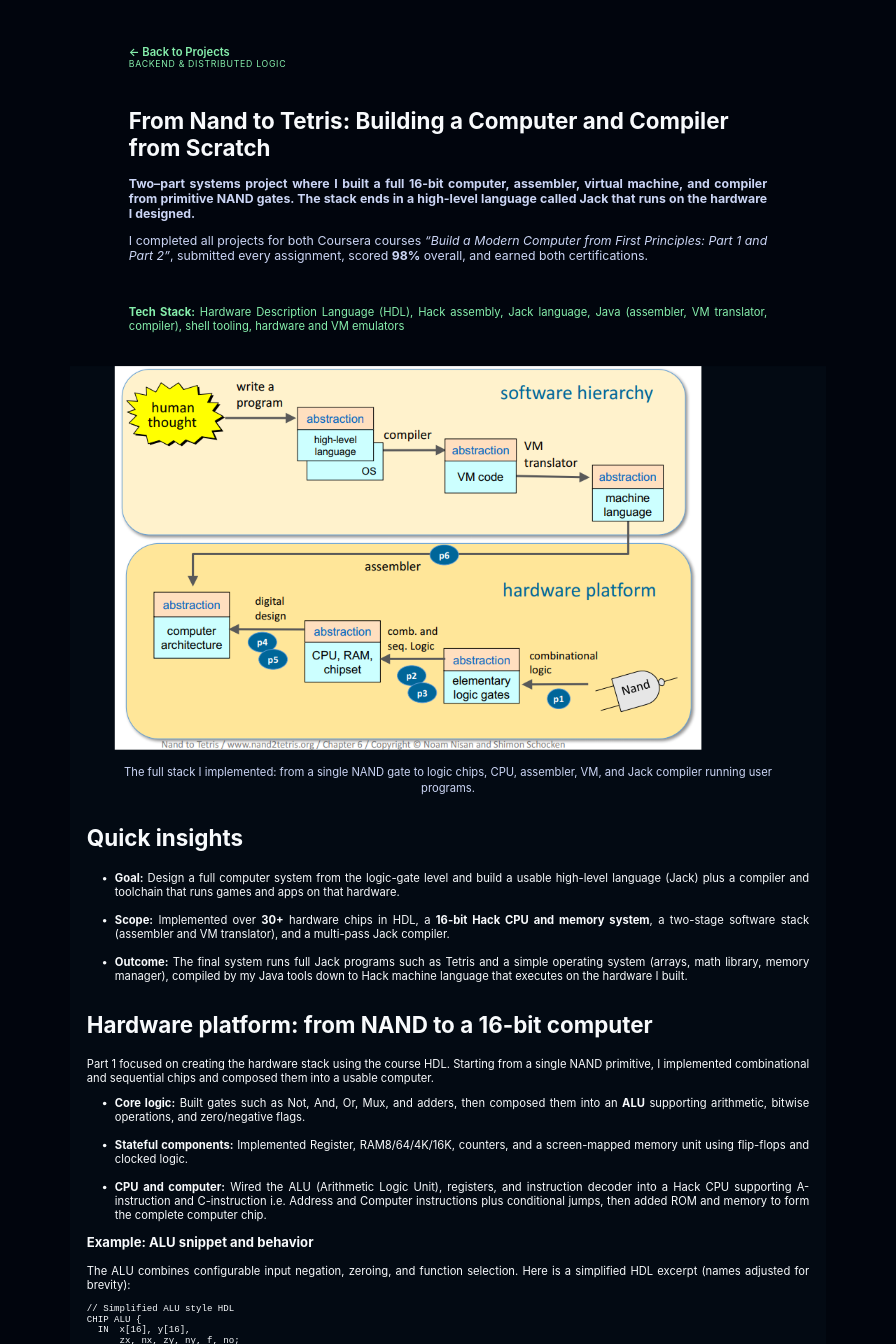
Repository: Abdulaziz-04/Abdulaziz-04.github.io
Page: deepdives/backend_systems/nand2tetris/nand2tetris.html
The author's editor kept a copy of each file at every save. The page is drawn from the files as they stood at one save, then again after the next save.
The browser window is 1280 px wide. The pictures show the part of the page from y = 0 to 1920 px (the page is 5931 px tall before and 6612 px after), at 70% of full size.

Above is the page before, as saved 2025-11-20 18:10:42.

### deepdives/backend_systems/nand2tetris/nand2tetris.html
<!DOCTYPE html>
<html lang="en">
  <head>
    <meta charset="UTF-8" />
    <meta name="viewport" content="width=device-width, initial-scale=1" />
    <title>
      From Nand to Tetris: Building a Computer and Compiler from Scratch
    </title>
    <link rel="stylesheet" href="../../../assets/css/styles.css" />
  </head>

  <body class="project-detail-page">
    <header class="detail-hero">
      <a
        class="category-back"
        href="../../../projects/compiler-blockchain.html"
      >
        &larr; Back to Projects
      </a>

      <p class="category-pill">Backend &amp; Distributed Logic</p>
      <br />
      <h1>
        From Nand to Tetris: Building a Computer and Compiler from Scratch
      </h1>

      <p class="detail-summary">
        <b>
          Two–part systems project where I built a full 16-bit computer,
          assembler, virtual machine, and compiler from primitive NAND gates.
          The stack ends in a high-level language called Jack that runs on the
          hardware I designed.
        </b>
      </p>

      <p class="detail-summary">
        I completed all projects for both Coursera courses
        <i>“Build a Modern Computer from First Principles: Part 1 and Part 2”</i
        >, submitted every assignment, scored <b>98%</b> overall, and earned
        both certifications.
      </p>

      <ul class="detail-meta">
        <br />
        <li>
          <strong>Tech Stack:</strong>
          Hardware Description Language (HDL), Hack assembly, Jack language,
          Java (assembler, VM translator, compiler), shell tooling, hardware and
          VM emulators
        </li>
      </ul>
    </header>

    <main class="section detail-content">
      <!-- HERO IMAGE -->
      <section class="detail-section detail-hero-gif">
        <figure class="gallery-item gallery-item--wide">
          <img
            src="./images/nand2tetris_intro.png"
            alt="Hardware and software hierarchy from NAND gate up to high level language"
          />
          <figcaption style="text-align: center">
            The full stack I implemented: from a single NAND gate to logic
            chips, CPU, assembler, VM, and Jack compiler running user programs.
          </figcaption>
        </figure>
      </section>

      <!-- QUICK INSIGHTS -->
      <section class="detail-section">
        <h2>Quick insights</h2>
        <ul class="psr-list">
          <li>
            <strong>Goal:</strong>
            Design a full computer system from the logic-gate level and build a
            usable high-level language (Jack) plus a compiler and toolchain that
            runs games and apps on that hardware.
          </li>
          <br />
          <li>
            <strong>Scope:</strong>
            Implemented over <b>30+</b> hardware chips in HDL, a
            <b>16-bit Hack CPU and memory system</b>, a two-stage software stack
            (assembler and VM translator), and a multi-pass Jack compiler.
          </li>
          <br />
          <li>
            <strong>Outcome:</strong>
            The final system runs full Jack programs such as Tetris and a simple
            operating system (arrays, math library, memory manager), compiled by
            my Java tools down to Hack machine language that executes on the
            hardware I built.
          </li>
        </ul>
      </section>

      <!-- HARDWARE PLATFORM -->
      <section class="detail-section">
        <h2>Hardware platform: from NAND to a 16-bit computer</h2>
        <p>
          Part 1 focused on creating the hardware stack using the course HDL.
          Starting from a single NAND primitive, I implemented combinational and
          sequential chips and composed them into a usable computer.
        </p>

        <ul>
          <li>
            <b>Core logic:</b> Built gates such as Not, And, Or, Mux, and
            adders, then composed them into an <b>ALU</b> supporting arithmetic,
            bitwise operations, and zero/negative flags.
          </li>
          <br />
          <li>
            <b>Stateful components:</b> Implemented Register, RAM8/64/4K/16K,
            counters, and a screen-mapped memory unit using flip-flops and
            clocked logic.
          </li>
          <br />
          <li>
            <b>CPU and computer:</b> Wired the ALU (Arithmetic Logic Unit),
            registers, and instruction decoder into a Hack CPU supporting
            A-instruction and C-instruction i.e. Address and Computer
            instructions plus conditional jumps, then added ROM and memory to
            form the complete computer chip.
          </li>
        </ul>

        <h3>Example: ALU snippet and behavior</h3>
        <p>
          The ALU combines configurable input negation, zeroing, and function
          selection. Here is a simplified HDL excerpt (names adjusted for
          brevity):
        </p>

        <pre><code>// Simplified ALU style HDL
CHIP ALU {
  IN  x[16], y[16],
      zx, nx, zy, ny, f, no;
  OUT out[16], zr, ng;

  PARTS:
  Mux16(a=x, b=false, sel=zx, out=xz);
  Not16(in=xz, out=xn);
  Mux16(a=xz, b=xn, sel=nx, out=x1);

  Mux16(a=y, b=false, sel=zy, out=yz);
  Not16(in=yz, out=yn);
  Mux16(a=yz, b=yn, sel=ny, out=y1);

  Add16(a=x1, b=y1, out=sum);
  And16(a=x1, b=y1, out=andv);
  Mux16(a=andv, b=sum, sel=f, out=out0);

  Not16(in=out0, out=out1);
  Mux16(a=out0, b=out1, sel=no, out=out);

  Or16Way(in=out, out=any);
  Not(in=any, out=zr);
  And(in=out[15], in2=true, out=ng);
}</code></pre>

        <p>
          With these control bits, higher-level instructions like D=D+M or M=!M
          are implemented simply by choosing the correct input parameter
          combination.
        </p>
      </section>

      <!-- ASSEMBLER -->
      <section class="detail-section">
        <h2>Assembler: Hack assembly to machine code</h2>
        <p>
          Once the computer chip worked in simulation, I wrote a two-pass
          assembler in Java for the Hack assembly language. It resolves labels
          and variables, then emits 16-bit binary instructions.
        </p>

        <ul>
          <li>
            <b>Two-pass design:</b> First pass scans labels (for example,
            <code>(LOOP)</code>) and records their ROM addresses. Second pass
            encodes A and C instructions into their binary form.
          </li>
          <br />
          <li>
            <b>Symbol table:</b> Pre-populated with predefined registers
            (R0–R15), pointers (SP, LCL, ARG), screen and keyboard addresses,
            then extended with user variables starting at address 16.
          </li>
        </ul>

        <h3>Assembler encoding example</h3>

        <div class="code-pair">
          <div>
            <p><b>Input assembly:</b></p>
            <pre><code>// Simple loop
@i
M=1
(LOOP)
  @i
  M=M+1
  @10
  D;JLT
  @LOOP
  0;JMP</code></pre>
          </div>

          <div>
            <p><b>Generated machine code:</b></p>
            <pre><code>0000000000010000   // @i (allocated at 16)
1110111111001000   // M=1
0000000000010000   // @i
1111110111011000   // M=M+1
0000000000001010   // @10
1110001100000100   // D;JLT
0000000000000010   // @LOOP (ROM address 2)
1110101010000111   // 0;JMP</code></pre>
          </div>
        </div>

        <p>
          Running this binary on the hardware simulator shows the register and
          RAM state changing as expected, proving the assembler and CPU agree on
          the instruction set.
        </p>
      </section>

      <!-- VM TRANSLATOR -->
      <section class="detail-section">
        <h2>VM translator: stack machine to Hack assembly</h2>
        <p>
          Part 2 starts the software hierarchy. I implemented a VM translator in
          Java that converts a high-level stack-based VM language into Hack
          assembly. This layer decouples Jack from the hardware and introduces
          function calls and static segments.
        </p>

        <ul>
          <li>
            <b>Arithmetic and logic:</b> Commands such as <code>add</code>,
            <code>sub</code>, <code>eq</code>, <code>lt</code>, and
            <code>gt</code> pop values from the stack, compute, and push results
            using small assembly templates.
          </li>
          <br />
          <li>
            <b>Memory segments:</b> Implemented pointer logic for
            <code>local</code>, <code>argument</code>, <code>this</code>,
            <code>that</code>, <code>temp</code>, <code>pointer</code>, and
            <code>static</code> segments.
          </li>
          <br />
          <li>
            <b>Functions and calls:</b> Implemented call frames following the
            Hack VM spec: save caller state, set ARG and LCL, jump to callee,
            and restore on return.
          </li>
        </ul>

        <h3>VM to assembly example</h3>

        <div class="code-pair">
          <div>
            <p><b>Input VM snippet:</b></p>
            <pre><code>function Simple.addTwo 0
push argument 0
push constant 2
add
return</code></pre>
          </div>
          <div>
            <p><b>Generated Hack assembly (excerpt):</b></p>
            <pre><code>// function Simple.addTwo 0
(Simple.addTwo)
  // push argument 0
  @ARG
  D=M
  @0
  A=D+A
  D=M
  @SP
  A=M
  M=D
  @SP
  M=M+1
  // push constant 2
  @2
  D=A
  @SP
  A=M
  M=D
  @SP
  M=M+1
  // add
  @SP
  M=M-1
  A=M
  D=M
  @SP
  M=M-1
  A=M
  M=M+D
  @SP
  M=M+1
  // return ...
</code></pre>
          </div>
        </div>

        <p>
          These templates are reused across all Jack programs, making the VM
          translator a key abstraction boundary between language and hardware.
        </p>
      </section>

      <!-- JACK COMPILER -->
      <section class="detail-section">
        <h2>Jack compiler: high-level language on custom hardware</h2>
        <p>
          The final stage was a full compiler pipeline for the Jack language,
          written in Java. Jack is a Java-like language with classes, methods,
          fields, arrays, and basic control flow. The compiler targets the stack
          VM, which my translator then lowers to Hack assembly.
        </p>

        <ul>
          <li>
            <b>Front-end:</b> A tokenizer converts characters into tokens
            (keywords, identifiers, symbols, integers, strings). A recursive
            descent parser (CompilationEngine) walks the grammar and emits VM
            commands while constructing and consulting symbol tables.
          </li>
          <br />
          <li>
            <b>Symbol tables:</b> Separate tables for class-level and subroutine
            scope track identifiers, their kind (field, static, local,
            argument), and index. This allows fields of each instance to map
            cleanly to memory segments.
          </li>
          <br />
          <li>
            <b>Code generation:</b> Control structures such as if/while use
            generated labels, while expressions and terms emit stack operations
            that match the VM semantics.
          </li>
        </ul>

        <h3>Example: compiling a Jack method</h3>

        <div class="code-pair">
          <div>
            <p><b>Input Jack code:</b></p>
            <pre><code>class Counter {
  field int value;

  method void inc(int delta) {
    let value = value + delta;
    return;
  }
}</code></pre>
          </div>
          <div>
            <p><b>Generated VM code:</b></p>
            <pre><code>// method Counter.inc 1
function Counter.inc 1
  // push this.value
  push argument 0     // this
  pop pointer 0       // this -> THIS
  push this 0
  // push delta
  push argument 1
  add
  pop this 0
  push constant 0
  return</code></pre>
          </div>
        </div>

        <p>
          Running this through the VM translator and assembler produces Hack
          machine code that manipulates the <code>value</code> field stored in
          the heap area controlled by the OS memory manager.
        </p>

        <h3>Example: parsing expressions in Java</h3>
        <p>
          The recursive descent compiler uses small focused methods that mirror
          the grammar. For example, expression compilation handles operator
          precedence and emits VM operations as it walks the parse tree.
        </p>

        <pre><code>// Simplified Java-style excerpt
private void compileExpression() {
  compileTerm();
  while (tokenIsOneOf("+", "-", "*", "/", "&amp;", "|", "&lt;", "&gt;", "=")) {
    String op = currentToken();
    advance();
    compileTerm();
    writeArithmetic(op);  // maps '+' to 'add', '&lt;' to 'lt', etc.
  }
}</code></pre>

        <p>
          This design keeps the compiler readable and makes it easy to trace
          from Jack source through VM and assembly when debugging.
        </p>
      </section>

      <!-- END-TO-END PIPELINE -->
      <section class="detail-section">
        <h2>End-to-end pipeline and final programs</h2>
        <p>
          With the full pipeline in place, I compiled and ran several Jack
          applications, including the supplied Tetris, a simple OS API, and my
          own small programs that manipulate memory, draw graphics, and handle
          keyboard input.
        </p>

        <ul>
          <li>
            <b>End-to-end flow:</b> Jack source → Java compiler → VM code → Java
            VM translator → Hack assembly → Java assembler → 16-bit machine code
            → executed on the computer built from NAND gates.
          </li>
          <br />
          <li>
            <b>Debugging:</b> Used the hardware and VM simulators to step
            through instructions, inspect RAM and stack, and validate that
            higher-level bugs were not caused by lower-level hardware mistakes.
          </li>
        </ul>
      </section>

      <!-- IMPACT & LEARNINGS -->
      <section class="detail-section detail-impact">
        <h2>Impact and learnings</h2>
        <ul>
          <li>
            <b>Systems thinking:</b> Gained a concrete understanding of how
            compilers, virtual machines, and hardware interact, instead of
            treating them as black boxes.
          </li>
          <br />
          <li>
            <b>Compiler and language design:</b> Implemented a real compiler
            front-end and back-end, including lexical analysis, parsing, symbol
            tables, and code generation for a custom language.
          </li>
          <br />
          <li>
            <b>Hardware intuition:</b> Designing the ALU, CPU, and memory from
            primitive gates sharpened my intuition for performance, instruction
            set design, and the cost of different operations.
          </li>
          <br />
          <li>
            <b>Reliability through abstraction:</b> Each layer (HDL chips,
            assembler, VM, compiler) had a clear contract and test suite, which
            made debugging manageable despite how much was built from scratch.
          </li>
        </ul>
      </section>
    </main>
  </body>
</html>

Loaded but not shown: assets/css/styles.css (941 lines, source omitted)

After the next save:
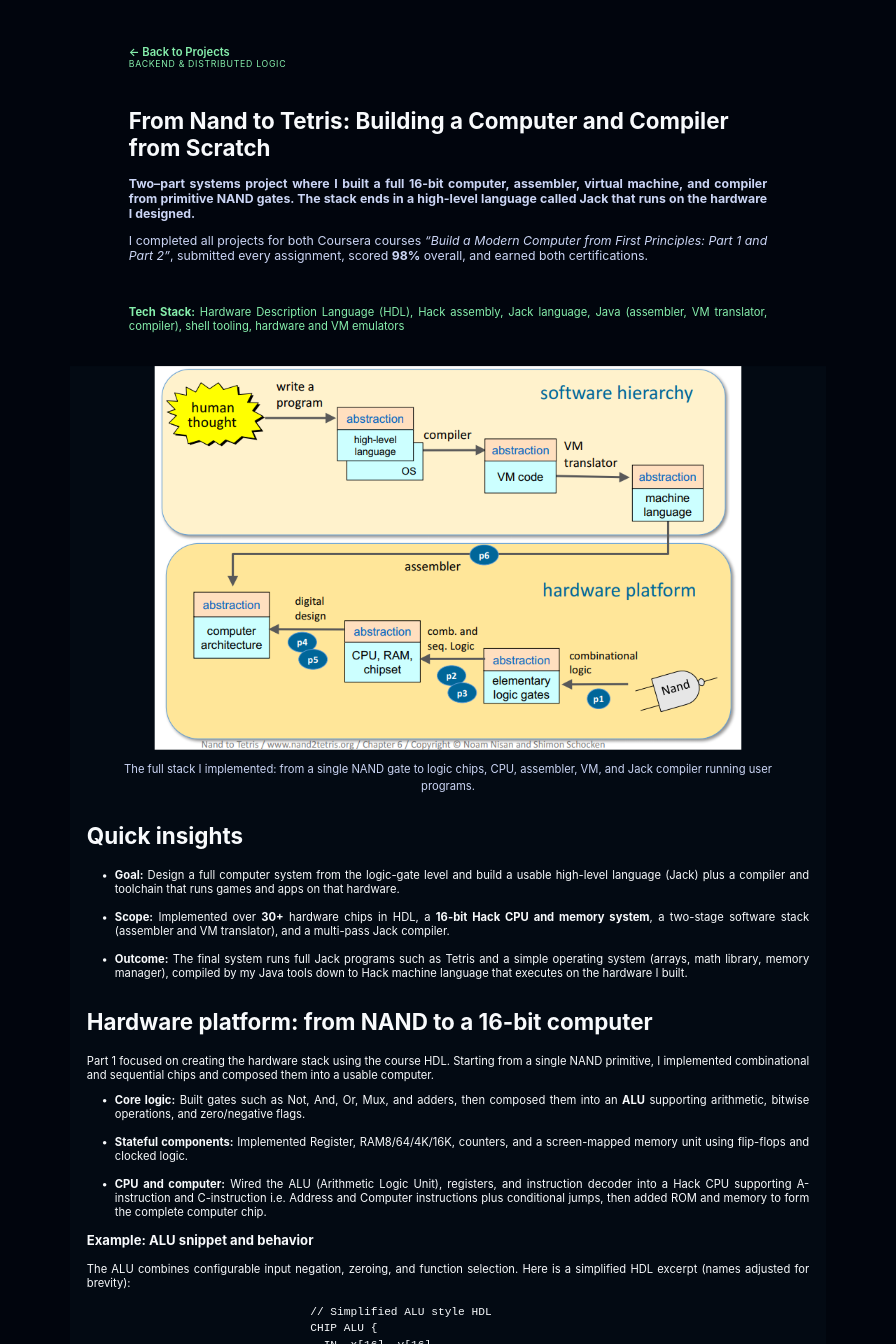
Saved 83 s later.
--- a/deepdives/backend_systems/nand2tetris/nand2tetris.html
+++ b/deepdives/backend_systems/nand2tetris/nand2tetris.html
@@ -7,6 +7,73 @@
       From Nand to Tetris: Building a Computer and Compiler from Scratch
     </title>
     <link rel="stylesheet" href="../../../assets/css/styles.css" />
+    <style>
+      .project-detail-page pre,
+      .project-detail-page code {
+        font-size: 1rem;
+        line-height: 1.5;
+      }
+
+      .project-detail-page pre {
+        display: flex;
+        justify-content: center;
+        margin: 1.25rem auto;
+      }
+
+      .project-detail-page pre code {
+        display: inline-block;
+        text-align: left;
+      }
+
+      .code-pair {
+        display: grid;
+        grid-template-columns: repeat(2, minmax(0, 1fr));
+        gap: 1.25rem;
+        align-items: start;
+      }
+
+      .code-pair pre {
+        width: 100%;
+      }
+
+      .asm-stack {
+        display: flex;
+        flex-wrap: wrap;
+        gap: 0.9rem;
+        align-items: flex-start;
+        justify-content: center;
+        margin: 1.25rem 0;
+      }
+
+      .asm-card {
+        display: block;
+        background: transparent;
+        color: #f6f8ff;
+        border-radius: 12px;
+        padding: 1rem 1.2rem;
+        border: 2px solid #3b4a6d;
+        box-shadow: 0 10px 32px rgba(0, 0, 0, 0.12);
+        flex: 1 1 260px;
+        max-width: 340px;
+      }
+
+      .asm-card code {
+        display: block;
+        white-space: pre;
+      }
+
+      .asm-card.push-arg {
+        border-color: #e24a4a;
+      }
+
+      .asm-card.push-const {
+        border-color: #f0b13f;
+      }
+
+      .asm-card.add-op {
+        border-color: #7f6bff;
+      }
+    </style>
   </head>
 
   <body class="project-detail-page">
@@ -18,7 +85,9 @@
         &larr; Back to Projects
       </a>
 
-      <p class="category-pill">Backend &amp; Distributed Logic</p>
+      <a class="category-pill" href="../../../projects/compiler-blockchain.html"
+        >Backend &amp; Distributed Logic</a
+      >
       <br />
       <h1>
         From Nand to Tetris: Building a Computer and Compiler from Scratch
@@ -58,6 +127,7 @@
           <img
             src="./images/nand2tetris_intro.png"
             alt="Hardware and software hierarchy from NAND gate up to high level language"
+            style="display: block; margin: 0 auto; max-width: 90%; height: auto"
           />
           <figcaption style="text-align: center">
             The full stack I implemented: from a single NAND gate to logic
@@ -271,40 +341,43 @@ return</code></pre>
           </div>
           <div>
             <p><b>Generated Hack assembly (excerpt):</b></p>
-            <pre><code>// function Simple.addTwo 0
+            <div class="asm-stack">
+              <pre class="asm-card push-arg"><code>// function Simple.addTwo 0
 (Simple.addTwo)
-  // push argument 0
-  @ARG
-  D=M
-  @0
-  A=D+A
-  D=M
-  @SP
-  A=M
-  M=D
-  @SP
-  M=M+1
-  // push constant 2
-  @2
-  D=A
-  @SP
-  A=M
-  M=D
-  @SP
-  M=M+1
-  // add
-  @SP
-  M=M-1
-  A=M
-  D=M
-  @SP
-  M=M-1
-  A=M
-  M=M+D
-  @SP
-  M=M+1
-  // return ...
+@ARG        // push argument 0
+D=M
+@0
+A=D+A
+D=M
+@SP
+A=M
+M=D
+@SP
+M=M+1
 </code></pre>
+              <pre
+                class="asm-card push-const"
+              ><code>@2          // push constant 2
+D=A
+@SP
+A=M
+M=D
+@SP
+M=M+1
+</code></pre>
+              <pre class="asm-card add-op"><code>@SP         // add
+M=M-1
+A=M
+D=M
+@SP
+M=M-1
+A=M
+M=M+D
+@SP
+M=M+1
+// return ...
+</code></pre>
+            </div>
           </div>
         </div>
 
